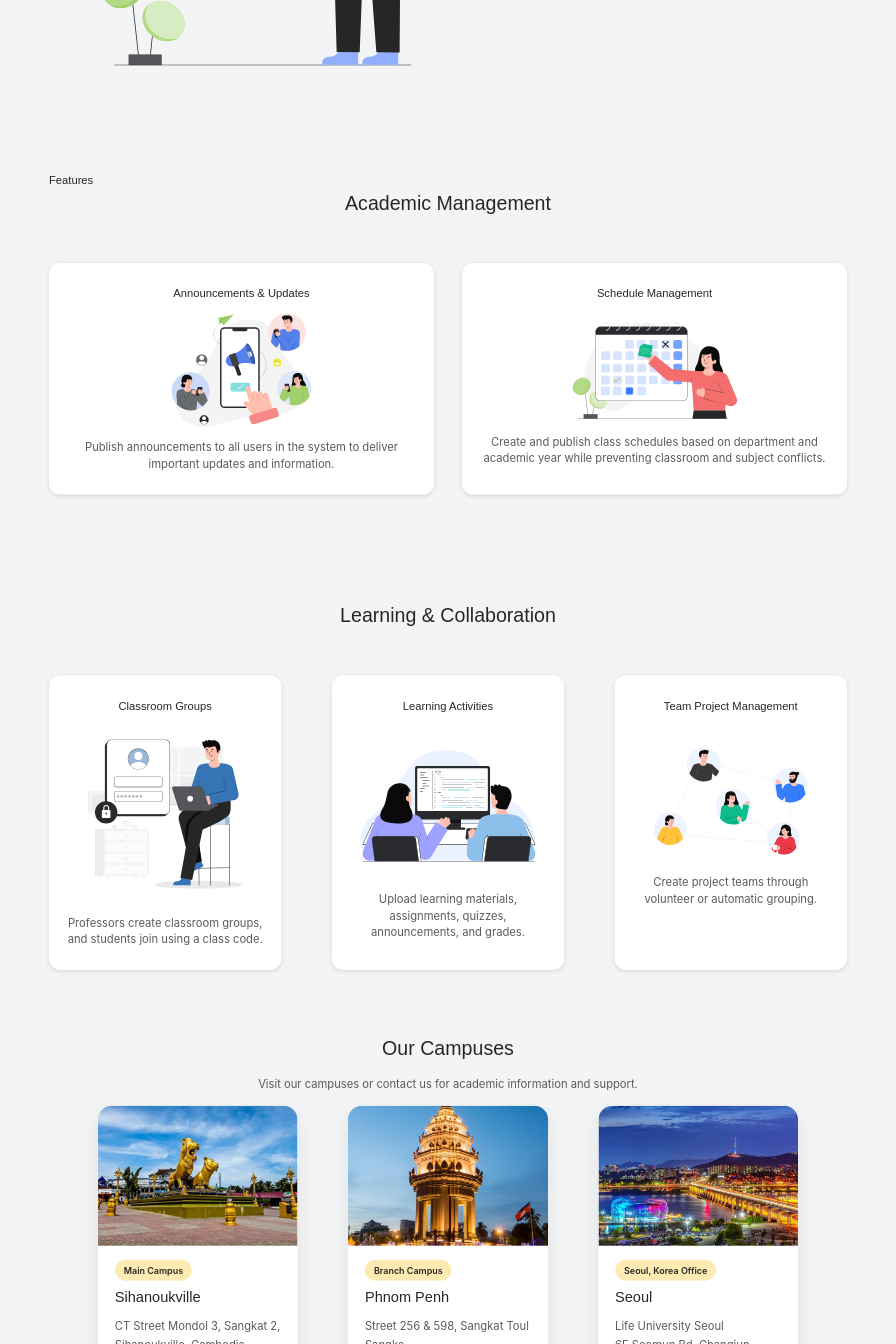
Repository: Chocovcandy/Classroom_Management_System
Page: http://localhost/
These files come from the project's save history. The page is drawn as it stood at one moment and after a run of saves; the edit follows.
The browser window is 1280 px wide. The pictures show the part of the page from y = 1222 to 3142 px (the page is 3382 px tall before and 3416 px after), at 70% of full size.
Some web libraries are served in a nearby version. The page is served by the project's Laravel application, run on PHP 8.4 with Laravel 12. Other server files are loaded and not shown.

Above is the page before, as saved 2026-08-11 10:16:50.

### routes/web.php
<?php

use App\Http\Controllers\ProfileController;
use App\Http\Controllers\RoleSelectController;
use Illuminate\Support\Facades\Route;
use App\Http\Controllers\Admin\DepartmentController;
use App\Http\Controllers\Admin\UserController;

//public routes
Route::get('/', function () {
    return view('welcome');
})->name('welcome');

Route::get('/Login_page', function () {
    return view('Login_page');
})->name('Login_page');


// Authentication routes (login, register, etc.) are provided by Breeze
Route::middleware(['auth'])->group(function () {

    // Role selection (after login)
    Route::get('/role/select', [RoleSelectController::class, 'show'])
        ->name('role.select');

    Route::post('/role/select', [RoleSelectController::class, 'store'])
        ->name('role.select.store');

    // Profile (any logged-in user)
    Route::controller(ProfileController::class)->group(function () {
        Route::get('/profile', 'edit')->name('profile.edit');
        Route::patch('/profile', 'update')->name('profile.update');
        Route::delete('/profile', 'destroy')->name('profile.destroy');
    });

    // Admin routes
    Route::prefix('admin')
        ->name('admin.')
        ->middleware(['role:Admin'])
        ->group(function () {

            Route::view('/dashboard', 'admin.dashboard')
                ->name('dashboard');

            Route::resource('users', UserController::class);
            Route::resource('departments', DepartmentController::class);
        });

 // Dean rputes
    Route::prefix('dean')
        ->name('dean.')
        ->middleware(['role:Dean'])
        ->group(function () {
            Route::view('/dashboard', 'dean.dashboard')
                ->name('dashboard');
        });

    //HoD routes
    Route::prefix('hod')
        ->name('hod.')
        ->middleware(['role:HoD'])
        ->group(function () {
            Route::view('/dashboard', 'hod.dashboard')
                ->name('dashboard');
        });

    // Professor routes
    Route::prefix('professor')
        ->name('professor.')
        ->middleware(['role:Professor'])
        ->group(function () {
            Route::view('/dashboard', 'professor.dashboard')
                ->name('dashboard');
        });

    // Student routes
    Route::prefix('student')
        ->name('student.')
        ->middleware(['role:Student'])
        ->group(function () {
            Route::view('/dashboard', 'student.dashboard')
                ->name('dashboard');
        });


});

require __DIR__.'/auth.php';

### resources/views/welcome.blade.php
<!DOCTYPE html>
<html lang="en">

<head>
    <meta charset="UTF-8">
    <meta name="viewport" content="width=device-width, initial-scale=1.0">
    <!--=============== BOXICONS ===============-->
    <link rel="stylesheet" href="https://cdn.jsdelivr.net/npm/boxicons@latest/css/boxicons.min.css">

    <!--=============== CSS ===============-->
    <link rel="stylesheet" href="/assets/css/style.css">

    <title>Classroom Management System</title>

    <!-- Tailwind CDN (quick setup) -->
    <script src="https://cdn.tailwindcss.com"></script>
</head>

<body class="bg-gray-100 min-h-screen flex items-center justify-center">

    <!--=============== HEADER ===============-->
    <header class="header">
        <nav class="nav container">
            <!-- Logo -->
            <a href="#" class="nav__brand">
                <img src="../assets/img/Life_Un_logo.png" alt="Life University" class="LU_logo">
            </a>
            <!-- Menu -->
            <div class="nav__menu">
                <ul class="nav__list">

                    <li class="nav__item">
                        <a href="#home" class="nav__link">Home</a>
                    </li>

                    <li class="nav__item">
                        <a href="#about" class="nav__link">About</a>
                    </li>

                    <li class="nav__item">
                        <a href="#features" class="nav__link">Features</a>
                    </li>

                    <li class="nav__item">
                        <a href="#campuses" class="nav__link">Campuses</a>
                    </li>

                    <li class="nav__item">
                        <a href="#contact" class="nav__link">Contact</a>
                    </li>
                </ul>
            </div>

            <!-- Right Buttons -->
            <div class="nav__actions">
                <!-- <a href="{{ route('Login_page') }}" class="nav__login">
                    Login
                </a> -->
                <a href="{{ route('Login_page') }}" class="button" id="getStarted">
                    Get Started
                </a>
            </div>
        </nav>
    </header>



    <div class="container">
        <main class="main">

            <!--=============== HOME ===============-->
            <section class="home section" id="home">
                <div class="home__container container">

                    <div class="home__data">

                        <div class="home__badge">
                            <span class="home__badge-dot"></span>
                            <span>Smart Academic Platform</span>
                        </div>

                        <h1 class="home__title">
                            Smart Classroom &<br>
                            <span>Academic Collaboration</span><br>
                            Platform
                        </h1>

                        <p class="home__description">
                            A unified platform connecting students, professors, HODs, and deans
                            to make academic activities easier, smarter, and more organized.
                        </p>

                        <div class="home__buttons">
                            <a href="{{ route('Login_page') }}" class="button">
                                Get Started
                            </a>
                        </div>

                    </div>

                    <div class="home__visual">
                        <div class="home__illustration">
                            <x-icons.home />
                        </div>
                    </div>

                </div>
            </section>




            <!--=============== ABOUT ===============-->
            <section class="about section container" id="about">
                <div class="about__container grid">
                    <div class="img_svg2">
                        <x-icons.overview />
                    </div>
                    <div class="about__data">
                        <h2 class="section__title-center">Academic System Overview</h2>
                        <p class="about__description">A unified platform connecting students, professors, HODs, and
                            deans to improve communication and make academic activities easier and more organized.
                        </p>
                    </div>

                </div>
            </section>

            <section class="services section container" id="features">
                <h1>Features</h1>

                <h2 class="section__title">Academic Management</h2>
                <div><br><br></div>

                <div class="services__container services__container--two grid">

                    <!-- Feature 01 -->
                    <div class="card__container">
                        <h3 class="services__subtitle">Announcements & Updates</h3>

                        <div class="img_svg3">
                            <x-icons.annoucement />
                        </div>

                        <p class="services__description">
                            Publish announcements to all users in the system
                            to deliver important updates and information.
                        </p>
                    </div>

                    <!-- Feature 02 -->
                    <div class="card__container">
                        <h3 class="services__subtitle">Schedule Management</h3>

                        <div class="img_svg4">
                            <x-icons.schedule />
                        </div>

                        <p class="services__description">
                            Create and publish class schedules based on department
                            and academic year while preventing classroom and
                            subject conflicts.
                        </p>
                    </div>

                </div>

            </section>

            <!--=============== Annoucement & Update ===============-->
            <!-- <section class="annoucement section container">
                <div class="annoucement__container grid">

                    <div class="annoucement__data">
                        <h2 class="section__title-center">
                            Announcements & Updates
                        </h2>
                        <p class="annoucement__description">
                            Publish announcements to all users in the system to deliver important updates and
                            information.
                        </p>
                    </div>
                    <div class="img_svg3">
                        <x-icons.annoucement />
                    </div>
                </div>
            </section> -->




            <!-- <section class="about section container" id="about">
                <div class="about__container grid">

                    <div class="img_svg4">
                        <x-icons.schedule />
                    </div>

                    <div class="about__data">
                        <h2 class="section__title-center">Schedule Management</h2>
                        <p class="about__description">Create and publish class schedules based on department and
                            academic year while preventing classroom and subject conflicts.
                    </div>

                </div>
            </section> -->




            <!--=============== Classroom Management Features ===============-->
            <section class="services section container" id="features">
                <h2 class="section__title">Learning & Collaboration</h2>
                <div><br><br></div>
                <div class="services__container grid">
                    <!--Feature +01 -->
                    <div class="card__container">
                        <h3 class="services__subtitle">Classroom Groups</h3>
                        <div class="img_svg5">
                            <x-icons.CM_feature01 />
                        </div>
                        <p class="services__description">Professors create classroom groups, and students join using a
                            class code.
                    </div>

                    <!-- Feature +02 -->
                    <div class="card__container">
                        <h3 class="services__subtitle">Learning Activities</h3>
                        <div class="img_svg6">
                            <x-icons.CM_feature02 />
                        </div>
                        <p class="services__description">Upload learning materials, assignments, quizzes, announcements,
                            and grades.</p>
                    </div>

                    <!-- Feature +03 -->
                    <div class="card__container">
                        <h3 class="services__subtitle">Team Project Management</h3>
                        <div class="img_svg7">
                            <x-icons.CM_feature03 />
                        </div>
                        <p class="services__description">Create project teams through </br>volunteer or automatic
                            grouping.</p>
                        <div>
                        </div>
                        </dfgetiv>
                    </div>
            </section>





            <section class="contact section container" id="campuses">
                <h2 class="section__title"> Our Campuses </h2>
                <p class="contact__description">
                    Visit our campuses or contact us for academic information and support.
                </p>
                <div class="contact__container grid">

                    <!-- Card 1 -->
                    <div class="contact__card">
                        <img src="../assets/img/img_shv.png" class="contact__image" alt="Sihanoukville">
                        <span class="contact__badge">Main Campus</span>
                        <h3 class="contact__title">Sihanoukville</h3>
                        <p class="contact__text">
                            CT Street Mondol 3, Sangkat 2,<br>
                            Sihanoukville, Cambodia
                        </p>
                        <div class="contact__info">
                            <p>📞 034 934 498</p>
                            <p>📱 081 929 195</p>
                            <p>📱 078 966 877</p>
                            <p>✉ admin@lifeun.edu.kh</p>
                        </div>
                    </div>

                    <!-- Card 2 -->
                    <div class="contact__card">
                        <img src="../assets/img/img_pp.png" class="contact__image" alt="Phnom Penh">
                        <span class="contact__badge">Branch Campus</span>
                        <h3 class="contact__title">Phnom Penh</h3>
                        <p class="contact__text">
                            Street 256 & 598, Sangkat Toul Sangke,<br> Khan Russey Keo, Phnom Penh,<br>Kingdom of
                            Cambodia.
                        </p>
                        <div class="contact__info">
                            <p>📞 010 979 722</p>
                            <p>✉ bpzavi@gmail.com</p>
                        </div>
                    </div>

                    <!-- Card 3 -->
                    <div class="contact__card">
                        <img src="../assets/img/img_sl.png" class="contact__image" alt="Seoul">
                        <span class="contact__badge">Seoul, Korea Office</span>
                        <h3 class="contact__title">Seoul</h3>
                        <p class="contact__text">
                            Life University Seoul<br>
                            6F Seomun Bd. Changjun-dong Mapo-Gu Seoul Korea
                        </p>
                        <div class="contact__info">
                            <p>📞 070 7569 4937</p>
                            <p>✉ marie365happy@gmail.com</p>
                        </div>
                    </div>

                </div>
            </section>




            <!--=============== CONTACT US ===============-->
            <!-- <section class="contact section container" id="contact">
                <div class="contact__container grid">
                    <div class="contact__content">
                        <h2 class="section__title-center">Contact Us From <br> Here</h2>
                        <p class="contact__description">You can contact us from here, you can write to us,
                            call us or visit our service center, we will gladly assist you.</p>
                    </div>

                    <ul class="contact__content grid">
                        <li class="contact__address">Telephone: <span class="contact__information">999 - 888 -
                                777</span></li>
                        <li class="contact__address">Email: <span class="contact__information">delivery@email.com</span>
                        </li>
                        <li class="contact__address">Location: <span class="contact__information">Lima - Peru</span>
                        </li>
                    </ul>

                    <div class="contact__content">
                        <a href="#" class="button">Contact Us</a>
                    </div>
                </div>
            </section>
        </main> -->











            <!--

<div class="bg-white shadow-lg rounded-2xl p-10 w-full max-w-md text-center">

            <h1 class="text-2xl font-bold text-gray-800 mb-4">
                Classroom Management System
            </h1>

            <p class="text-gray-500 mb-6">
                Manage users, departments, and schedules efficiently.
            </p>

            @guest
                <div class="flex flex-col gap-3">
                    <a href="{{ route('login') }}"
                        class="bg-blue-600 text-white py-2 rounded-lg hover:bg-blue-700 transition">
                        Login
                    </a>

                    @if (Route::has('register'))
                        <a href="{{ route('register') }}"
                            class="border border-gray-300 py-2 rounded-lg hover:bg-gray-100 transition">
                            Register (Student)
                        </a>
                    @endif
                </div>
            @endguest

            @auth
                <div class="space-y-4">
                    <p class="text-gray-700">
                        Welcome, <span class="font-semibold">{{ auth()->user()->name }}</span>
                    </p>

                    @php
                        $role = auth()->user()->roles->first()->role_name ?? null;
                    @endphp

                    @if ($role === 'Admin')
                        <a href="{{ route('admin.dashboard') }}" class="block bg-green-600 text-white py-2 rounded-lg">Go to
                            Dashboard</a>

                    @elseif ($role === 'Dean')
                        <a href="{{ route('dean.dashboard') }}" class="block bg-green-600 text-white py-2 rounded-lg">Go to
                            Dashboard</a>

                    @elseif ($role === 'HoD')
                        <a href="{{ route('hod.dashboard') }}" class="block bg-green-600 text-white py-2 rounded-lg">Go to
                            Dashboard</a>

                    @elseif ($role === 'Professor')
                        <a href="{{ route('professor.dashboard') }}" class="block bg-green-600 text-white py-2 rounded-lg">Go to
                            Dashboard</a>

                    @elseif ($role === 'Student')
                        <a href="{{ route('student.dashboard') }}" class="block bg-green-600 text-white py-2 rounded-lg">Go to
                            Dashboard</a>
                    @endif

                    <form method="POST" action="{{ route('logout') }}">
                        @csrf
                        <button type="submit"
                            class="w-full border border-red-400 text-red-600 py-2 rounded-lg hover:bg-red-50 transition">
                            Logout
                        </button>
                    </form>
                </div>
            @endauth

        </div>

    </div>  -->




</body>

</html>

<script>
    const sections = document.querySelectorAll('section[id]');
    const navLinks = document.querySelectorAll('.nav__link');

    window.addEventListener('scroll', () => {
        let current = '';

        sections.forEach(section => {
            const sectionTop = section.offsetTop - 100;
            const sectionHeight = section.offsetHeight;

            if (
                window.scrollY >= sectionTop &&
                window.scrollY < sectionTop + sectionHeight
            ) {
                current = section.getAttribute('id');
            }
        });

        navLinks.forEach(link => {
            link.classList.remove('active-link');

            if (link.getAttribute('href') === `#${current}`) {
                link.classList.add('active-link');
            }
        });
    });
</script>

Loaded but not shown: routes/auth.php (common file); app/Http/Controllers/Auth/EmailVerificationPromptController.php (common file); app/Http/Controllers/Controller.php (common file); app/Http/Controllers/Auth/VerifyEmailController.php (common file); resources/views/components/icons/annoucement.blade.php (637 lines, source omitted); resources/views/components/icons/home.blade.php (524 lines, source omitted); resources/views/components/icons/CM_feature03.blade.php (475 lines, source omitted); resources/views/components/icons/CM_feature02.blade.php (396 lines, source omitted); resources/views/components/icons/CM_feature01.blade.php (361 lines, source omitted); resources/views/components/icons/overview.blade.php (328 lines, source omitted); resources/views/components/icons/schedule.blade.php (290 lines, source omitted); public/assets/css/style.css (901 lines, source omitted)

After the next 2 saves:
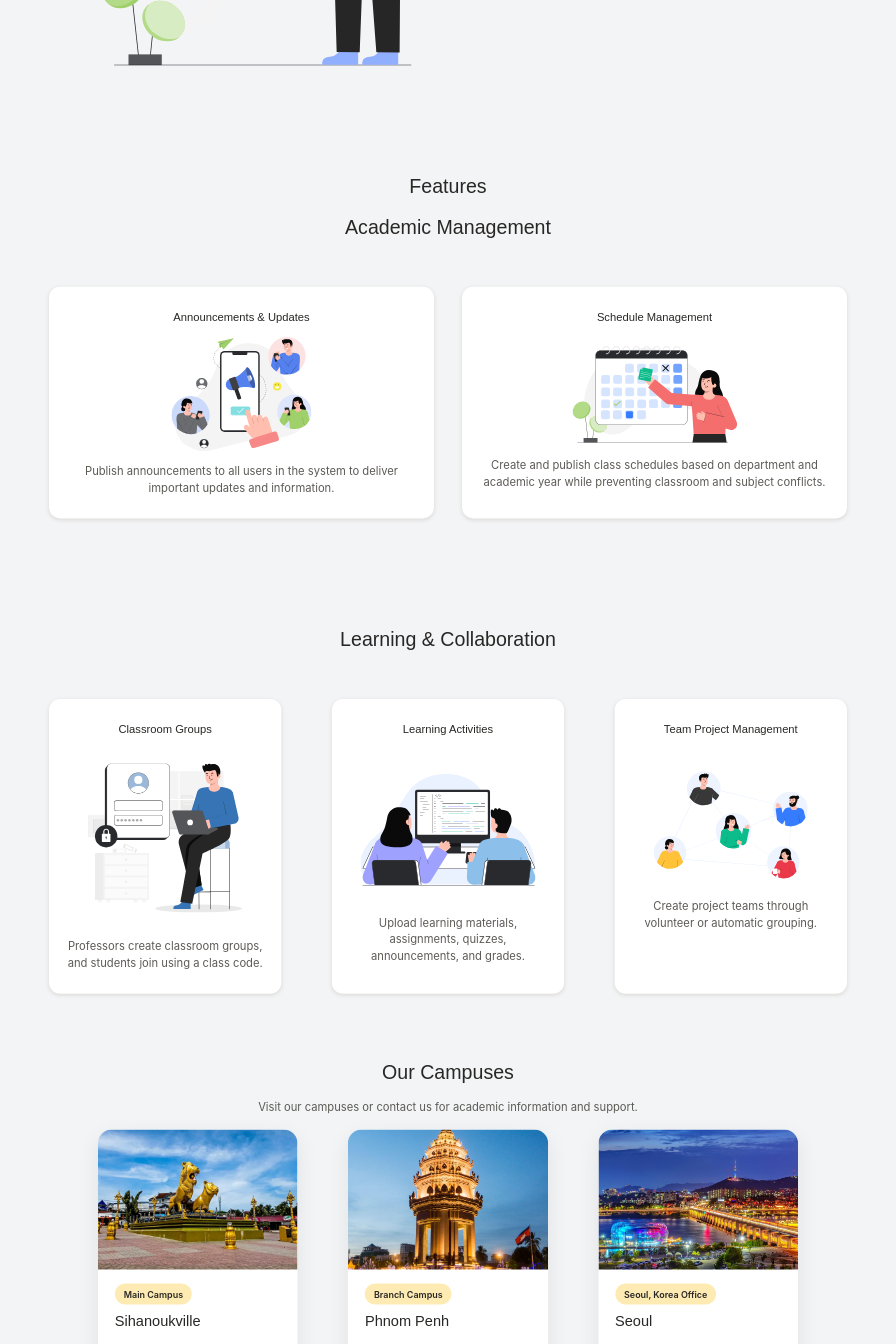
The 2 saves are shown as one change because they came seconds apart.
The last was saved 4 s later.
--- a/resources/views/welcome.blade.php
+++ b/resources/views/welcome.blade.php
@@ -127,7 +127,9 @@
             </section>
 
             <section class="services section container" id="features">
-                <h1>Features</h1>
+                <h2 class="section__title features__title">
+                    Features
+                </h2>
 
                 <h2 class="section__title">Academic Management</h2>
                 <div><br><br></div>
